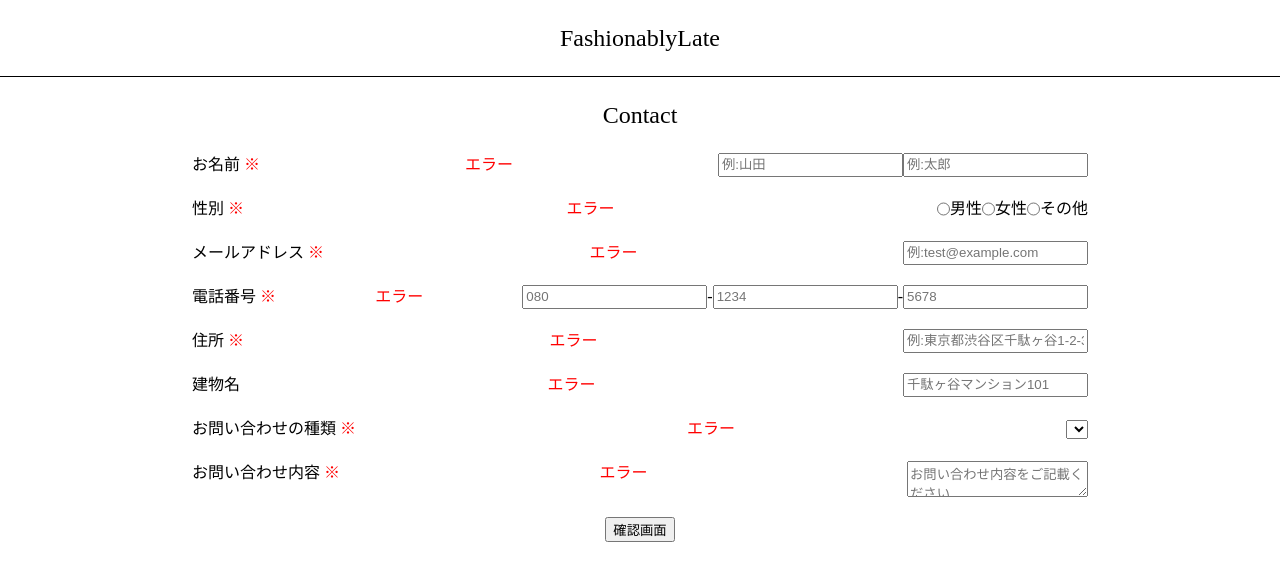
Repository: mayu-ya/test_form
Page: src/resources/views/index.blade.php
An editor plug-in stored every save of this project. The page is shown before and after the next save, followed by the edit.
The browser window is 1280 px wide. The pictures show the whole page.
The page is served by the project's Laravel application, run on PHP 8.4 with Laravel 8. Other server files are loaded and not shown. The template is opened directly, without the code that normally fills it, so the values that code supplies are empty.

Above is the page before, as saved 2026-01-17 10:11:56.

### src/routes/web.php
<?php

use Illuminate\Support\Facades\Route;
use App\Http\Controllers\ContactController;

/*
|--------------------------------------------------------------------------
| Web Routes
|--------------------------------------------------------------------------
|
| Here is where you can register web routes for your application. These
| routes are loaded by the RouteServiceProvider within a group which
| contains the "web" middleware group. Now create something great!
|
*/

Route::get('/', [ContactController::class, 'index']);

### src/resources/views/index.blade.php
@extends('layouts.app')

@section('css')
<link rel="stylesheet" href="{{ asset('css/index.css') }}">
@endsection

@section('content')
<div class="content">
    <div class="title">
        <h2 class="title-h">Contact</h2>
    </div>

    <form class="form">
        <div class="form__group">
            <div class="form__group-item">
                <span class="form__item">お名前</span>
                <span class="form__required">※</span>
            </div>
            <div class="form__error">
                エラー
            </div>
            <div class="form__input">
                <input type="text" class="form__input-text" name="name" placeholder="例:山田">
                <input type="text" class="form__input-text" name="name" placeholder="例:太郎">
            </div>
        </div>

        <div class="form__group">
            <div class="form__group-item">
                <span class="form__item">性別</span>
                <span class="form__required">※</span>
            </div>
            <div class="form__error">
                エラー
            </div>
            <div class="form__input">
                <input type="radio" class="form__input-text" name="gender">男性
                <input type="radio" class="form__input-text" name="gender">女性
                <input type="radio" class="form__input-text" name="gender">その他
            </div>
        </div>

        <div class="form__group">
            <div class="form__group-item">
                <span class="form__item">メールアドレス</span>
                <span class="form__required">※</span>
            </div>
            <div class="form__error">
                エラー
            </div>
            <div class="form__input">
                <input type="emai" class="form__input-text" name="emai" placeholder="例:test@example.com">
            </div>
        </div>

        <div class="form__group">
            <div class="form__group-item">
                <span class="form__item">電話番号</span>
                <span class="form__required">※</span>
            </div>
            <div class="form__error">
                エラー
            </div>
            <div class="form__input">
                <input type="tel" class="form__input-text" name="tel" placeholder="080">
                <div class="form__input-tel">-</div>
                <input type="tel" class="form__input-text" name="tel" placeholder="1234">
                <div class="form__input-tel">-</div>
                <input type="tel" class="form__input-text" name="tel" placeholder="5678">
            </div>
        </div>

        <div class="form__group">
            <div class="form__group-ite">
                <span class="form__item">住所</span>
                <span class="form__required">※</span>
            </div>
            <div class="form__error">
                エラー
            </div>
            <div class="form__input">
                <input type="text" class="form__input-text" name="address" placeholder="例:東京都渋谷区千駄ヶ谷1-2-3">
            </div>
        </div>

        <div class="form__group">
            <div class="form__group-item">
                <span class="form__item">建物名</span>
            </div>
            <div class="form__error">
                エラー
            </div>
            <div class="form__input">
                <input type="text" class="form__input-text" name="building" placeholder="千駄ヶ谷マンション101">
            </div>
        </div>

        <div class="form__group">
            <div class="form__group-item">
                <span class="form__item">お問い合わせの種類</span>
                <span class="form__required">※</span>
            </div>
            <div class="form__error">
                エラー
            </div>
            <div class="form__select">
                <select name="content" class="form__select-item" placeholder="選択してください">
                    <option value=""></option>
                </select>
            </div>
        </div>

        <div class="form__group">
            <div class="form__group-item">
                <span class="form__item">お問い合わせ内容</span>
                <span class="form__required">※</span>
            </div>
            <div class="form__error">
                エラー
            </div>
            <div class="form__input">
                <textarea name="detail" class="form__input-textarea" placeholder="お問い合わせ内容をご記載ください"></textarea>
            </div>
        </div>

        <div class="form__group-button">
            <button class="form__group-button-submit" type="submit">確認画面</button>
        </div>
    </form>
</div>
@endsection

### src/resources/views/layouts/app.blade.php
<!DOCTYPE html>
<html lang="ja">
<head>
    <meta charset="UTF-8">
    <meta name="viewport" content="width=device-width, initial-scale=1.0">
    <title>FashionablyLate</title>
    <link rel="stylesheet" href="{{ asset('css/common.css') }}">
    <link rel="stylesheet" href="{{ asset('css/sanitize.css') }}">
    @yield('css')
</head>
<body>
    <header class="header">
        <div class="header-title">
            <div class="header-title__item">FashionablyLate</div>
        </div>
        @yield('header')
    </header>

    <main>
        @yield('content')
    </main>
</body>
</html>

### src/public/css/common.css
.header{
    border-bottom: 1px solid #000;
}

.header-title {
    margin: 0 auto;
    padding: 20px 15px;
    max-width: 1230px;
}

.header-title__item {
    font-size: 24px;
    text-align: center;
}

### src/public/css/sanitize.css
/* Document
* ========================================================================== */

/**
* Add border box sizing in all browsers (opinionated).
*/

*,
::before,
::after {
  box-sizing: border-box;
}

/**
* 1. Add text decoration inheritance in all browsers (opinionated).
* 2. Add vertical alignment inheritance in all browsers (opinionated).
*/

::before,
::after {
  vertical-align: inherit;
  /* 2 */
  text-decoration: inherit;
  /* 1 */
}

/**
* 1. Use the default cursor in all browsers (opinionated).
* 2. Change the line height in all browsers (opinionated).
* 3. Use a 4-space tab width in all browsers (opinionated).
* 4. Remove the grey highlight on links in iOS (opinionated).
* 5. Prevent adjustments of font size after orientation changes in
*    IE on Windows Phone and in iOS.
* 6. Breaks words to prevent overflow in all browsers (opinionated).
*/

html {
  word-break: break-word;
  /* 6 */
  -moz-tab-size: 4;
  /* 3 */
  tab-size: 4;
  /* 3 */
  line-height: 1.5;
  /* 2 */
  cursor: default;
  /* 1 */

  -webkit-tap-highlight-color: transparent
    /* 4 */
  ;
  -ms-text-size-adjust: 100%;
  /* 5 */
  -webkit-text-size-adjust: 100%;
  /* 5 */
}

/* Sections
* ========================================================================== */

/**
* Remove the margin in all browsers (opinionated).
*/

body {
  margin: 0;
}

/**
* Correct the font size and margin on `h1` elements within `section` and
* `article` contexts in Chrome, Edge, Firefox, and Safari.
*/

h1 {
  margin: 0.67em 0;
  font-size: 2em;
}

/* Grouping content
* ========================================================================== */

/**
* Remove the margin on nested lists in Chrome, Edge, IE, and Safari.
*/

dl dl,
dl ol,
dl ul,
ol dl,
ul dl {
  margin: 0;
}

/**
* Remove the margin on nested lists in Edge 18- and IE.
*/

ol ol,
ol ul,
ul ol,
ul ul {
  margin: 0;
}

/**
* 1. Add the correct sizing in Firefox.
* 2. Show the overflow in Edge 18- and IE.
*/

hr {
  overflow: visible;
  /* 2 */
  height: 0;
  /* 1 */
}

/**
* Add the correct display in IE.
*/

main {
  display: block;
}

/**
* Remove the list style on navigation lists in all browsers (opinionated).
*/

nav ol,
nav ul {
  padding: 0;
  list-style: none;
}

/**
* 1. Correct the inheritance and scaling of font size in all browsers.
* 2. Correct the odd `em` font sizing in all browsers.
*/

pre {
  font-size: 1em;
  /* 2 */
  font-family: monospace, monospace;
  /* 1 */
}

/* Text-level semantics
* ========================================================================== */

/**
* Remove the gray background on active links in IE 10.
*/

a {
  background-color: transparent;
}

/**
* Add the correct text decoration in Edge 18-, IE, and Safari.
*/

abbr[title] {
  text-decoration: underline;
  text-decoration: underline dotted;
}

/**
* Add the correct font weight in Chrome, Edge, and Safari.
*/

b,
strong {
  font-weight: bolder;
}

/**
* 1. Correct the inheritance and scaling of font size in all browsers.
* 2. Correct the odd `em` font sizing in all browsers.
*/

code,
kbd,
samp {
  font-size: 1em;
  /* 2 */
  font-family: monospace, monospace;
  /* 1 */
}

/**
* Add the correct font size in all browsers.
*/

small {
  font-size: 80%;
}

/* Embedded content
* ========================================================================== */

/*
* Change the alignment on media elements in all browsers (opinionated).
*/

audio,
canvas,
iframe,
img,
svg,
video {
  vertical-align: middle;
}

/**
* Add the correct display in IE 9-.
*/

audio,
video {
  display: inline-block;
}

/**
* Add the correct display in iOS 4-7.
*/

audio:not([controls]) {
  display: none;
  height: 0;
}

/**
* Remove the border on iframes in all browsers (opinionated).
*/

iframe {
  border-style: none;
}

/**
* Remove the border on images within links in IE 10-.
*/

img {
  border-style: none;
}

/**
* Change the fill color to match the text color in all browsers (opinionated).
*/

svg:not([fill]) {
  fill: currentColor;
}

/**
* Hide the overflow in IE.
*/

svg:not(:root) {
  overflow: hidden;
}

/* Tabular data
* ========================================================================== */

/**
* Collapse border spacing in all browsers (opinionated).
*/

table {
  border-collapse: collapse;
}

/* Forms
* ========================================================================== */

/**
* Remove the margin on controls in Safari.
*/

button,
input,
select {
  margin: 0;
}

/**
* 1. Show the overflow in IE.
* 2. Remove the inheritance of text transform in Edge 18-, Firefox, and IE.
*/

button {
  overflow: visible;
  /* 1 */
  text-transform: none;
  /* 2 */
}

/**
* Correct the inability to style buttons in iOS and Safari.
*/

button,
[type="button"],
[type="reset"],
[type="submit"] {
  -webkit-appearance: button;
}

/**
* 1. Change the inconsistent appearance in all browsers (opinionated).
* 2. Correct the padding in Firefox.
*/

fieldset {
  padding: 0.35em 0.75em 0.625em;
  /* 2 */
  border: 1px solid #a0a0a0;
  /* 1 */
}

/**
* Show the overflow in Edge 18- and IE.
*/

input {
  overflow: visible;
}

/**
* 1. Correct the text wrapping in Edge 18- and IE.
* 2. Correct the color inheritance from `fieldset` elements in IE.
*/

legend {
  display: table;
  /* 1 */
  max-width: 100%;
  /* 1 */
  color: inherit;
  /* 2 */
  white-space: normal;
  /* 1 */
}

/**
* 1. Add the correct display in Edge 18- and IE.
* 2. Add the correct vertical alignment in Chrome, Edge, and Firefox.
*/

progress {
  display: inline-block;
  /* 1 */
  vertical-align: baseline;
  /* 2 */
}

/**
* Remove the inheritance of text transform in Firefox.
*/

select {
  text-transform: none;
}

/**
* 1. Remove the margin in Firefox and Safari.
* 2. Remove the default vertical scrollbar in IE.
* 3. Change the resize direction in all browsers (opinionated).
*/

textarea {
  overflow: auto;
  /* 2 */
  margin: 0;
  /* 1 */
  resize: vertical;
  /* 3 */
}

/**
* Remove the padding in IE 10-.
*/

[type="checkbox"],
[type="radio"] {
  padding: 0;
}

/**
* 1. Correct the odd appearance in Chrome, Edge, and Safari.
* 2. Correct the outline style in Safari.
*/

[type="search"] {
  outline-offset: -2px;
  /* 2 */

  -webkit-appearance: textfield;
  /* 1 */
}

/**
* Correct the cursor style of increment and decrement buttons in Safari.
*/

::-webkit-inner-spin-button,
::-webkit-outer-spin-button {
  height: auto;
}

/**
* Correct the text style of placeholders in Chrome, Edge, and Safari.
*/

::-webkit-input-placeholder {
  color: inherit;
  opacity: 0.54;
}

/**
* Remove the inner padding in Chrome, Edge, and Safari on macOS.
*/

::-webkit-search-decoration {
  -webkit-appearance: none;
}

/**
* 1. Correct the inability to style upload buttons in iOS and Safari.
* 2. Change font properties to `inherit` in Safari.
*/

::-webkit-file-upload-button {
  font: inherit;
  /* 2 */

  -webkit-appearance: button;
  /* 1 */
}

/**
* Remove the inner border and padding of focus outlines in Firefox.
*/

::-moz-focus-inner {
  padding: 0;
  border-style: none;
}

/**
* Restore the focus outline styles unset by the previous rule in Firefox.
*/

:-moz-focusring {
  outline: 1px dotted ButtonText;
}

/**
* Remove the additional :invalid styles in Firefox.
*/

:-moz-ui-invalid {
  box-shadow: none;
}

/* Interactive
* ========================================================================== */

/*
* Add the correct display in Edge 18- and IE.
*/

details {
  display: block;
}

/*
* Add the correct styles in Edge 18-, IE, and Safari.
*/

dialog {
  position: absolute;
  right: 0;
  left: 0;
  display: block;
  margin: auto;
  padding: 1em;
  width: -moz-fit-content;
  width: -webkit-fit-content;
  width: fit-content;
  height: -moz-fit-content;
  height: -webkit-fit-content;
  height: fit-content;
  border: solid;
  background-color: white;
  color: black;
}

dialog:not([open]) {
  display: none;
}

/*
* Add the correct display in all browsers.
*/

summary {
  display: list-item;
}

/* Scripting
* ========================================================================== */

/**
* Add the correct display in IE 9-.
*/

canvas {
  display: inline-block;
}

/**
* Add the correct display in IE.
*/

template {
  display: none;
}

/* User interaction
* ========================================================================== */

/*
* 1. Remove the tapping delay in IE 10.
* 2. Remove the tapping delay on clickable elements
in all browsers (opinionated).
*/

a,
area,
button,
input,
label,
select,
summary,
textarea,
[tabindex] {
  -ms-touch-action: manipulation;
  /* 1 */
  touch-action: manipulation;
  /* 2 */
}

/**
* Add the correct display in IE 10-.
*/

[hidden] {
  display: none;
}

/* Accessibility
* ========================================================================== */

/**
* Change the cursor on busy elements in all browsers (opinionated).
*/

[aria-busy="true"] {
  cursor: progress;
}

/*
* Change the cursor on control elements in all browsers (opinionated).
*/

[aria-controls] {
  cursor: pointer;
}

/*
* Change the cursor on disabled, not-editable, or otherwise
* inoperable elements in all browsers (opinionated).
*/

[aria-disabled="true"],
[disabled] {
  cursor: not-allowed;
}

/*
* Change the display on visually hidden accessible elements
* in all browsers (opinionated).
*/

[aria-hidden="false"][hidden] {
  display: initial;
}

[aria-hidden="false"][hidden]:not(:focus) {
  position: absolute;
  clip: rect(0, 0, 0, 0);
}

### src/public/css/index.css
.content {
    max-width: 1536px;
}

.title {
    margin: 0 auto;
}

.title-h {
    text-align: center;
    font-weight: lighter;
}

.form {
    width: 70%;
    margin: 0 auto;
    text-align: center;
}

.form__group {
    display: flex;
    width: 100%;
    justify-content: space-between;
    margin-bottom: 20px;
}

.form__required {
    color: red;
}

.form__input {
    display: flex;
}

.form__error {
    color: red;
    text-align: left;
}

After the next save:
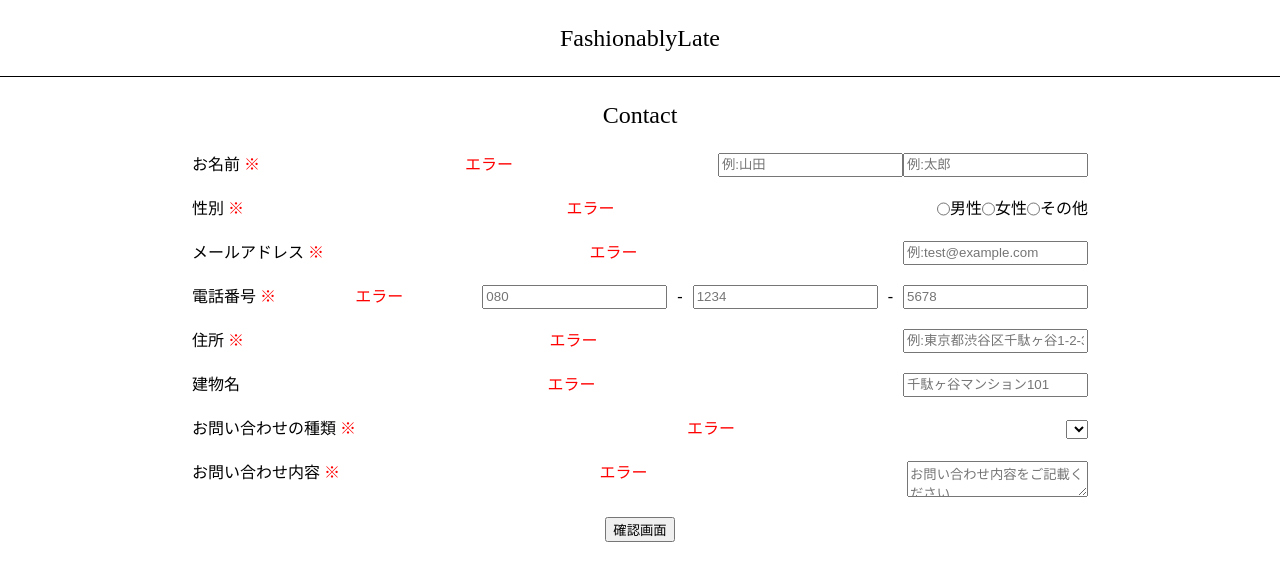
Saved 74 s later.
--- a/src/public/css/index.css
+++ b/src/public/css/index.css
@@ -32,6 +32,10 @@
     display: flex;
 }
 
+.form__input-tel {
+    margin: 0 10px;
+}
+
 .form__error {
     color: red;
     text-align: left;
